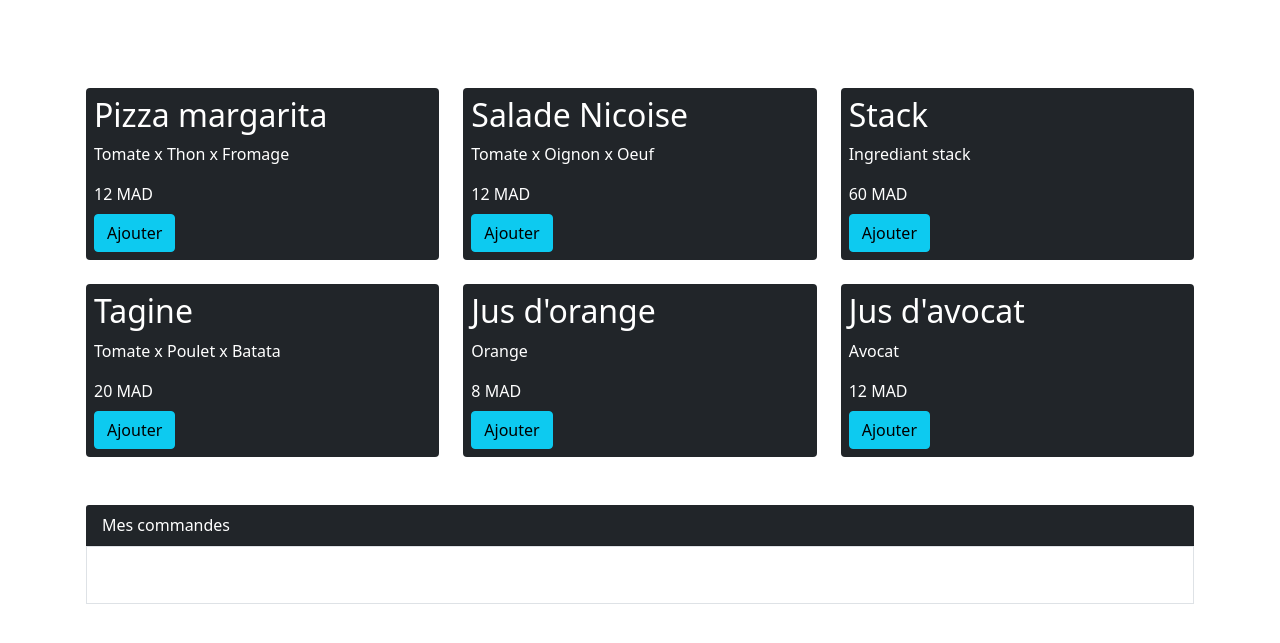
Repository: FS-23/my-restaurant
Page: /
These files come from the project's save history. The page is drawn as it stood at one moment and after the next save; the edit follows.
The browser window is 1280 px wide. The pictures show the whole page.
The project was rebuilt for these pictures with package versions that can differ from the ones it lists, and the page was loaded fresh each time.

Above is the page before, as saved 2022-04-29 14:31:56.

After the next save:
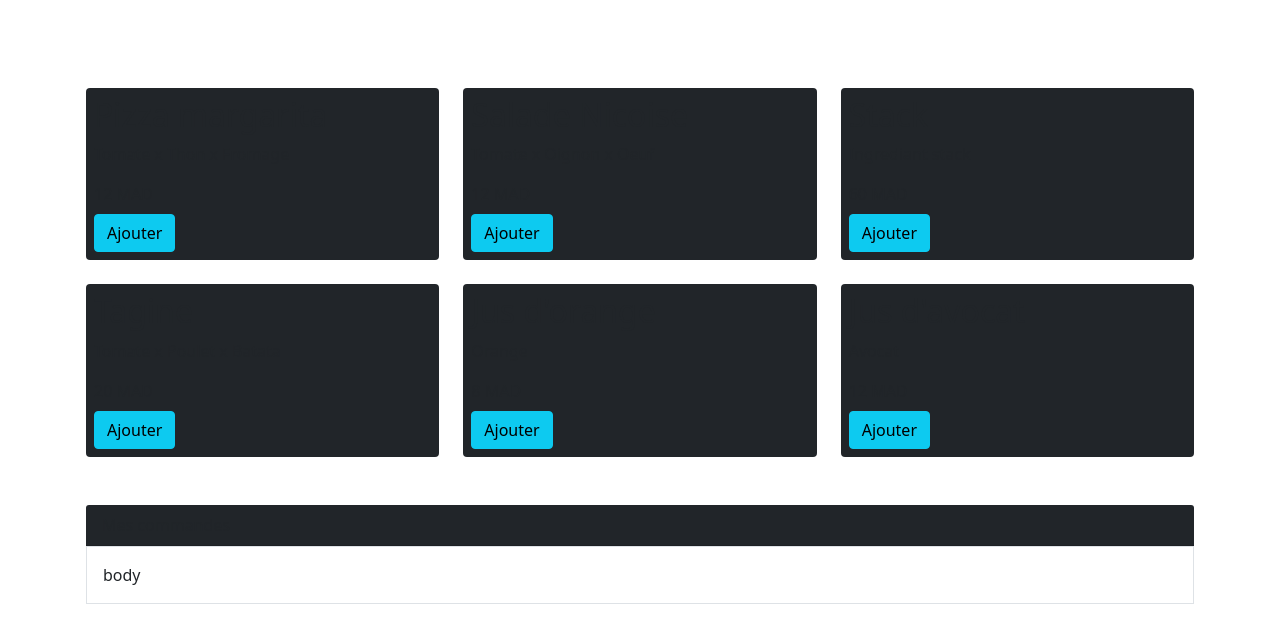
Saved 43 s later.
--- a/src/App.js
+++ b/src/App.js
@@ -6,10 +6,12 @@ function App() {
            <div className='position-absolute d-none top-0 w-100 h-100 bg-dark app-gradient-container'>
 
            </div>
-           <div className="mt-5 p-3 rounded container ">
+
+       </div>
+
+       <div className="mt-5 p-3 rounded container ">
               <Menu />
-           </div>
-       </div>
+        </div>
     </div>
   );
 }
